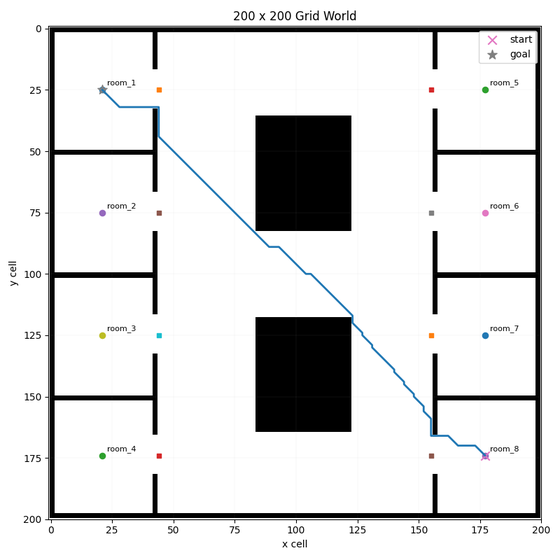
Repository: Jonreasoner/duke_collaboration
Script's output: python testing.py
An editor plug-in stored every save of this project. The script's output is shown before and after the next save, followed by the edit.
The pictures show rows 0 to 2240 of an output 800 px tall, at 70% of full size.
Each picture stacks the figures in order, with grey between them; figures that are only written to a file come last. The script is stopped after its 8th figure. Random numbers start from a fixed seed.

Above is the script's output before, as saved 2026-05-20 14:13:56.

### testing.py
from grid_world import create_grid_world
from astar_planner import get_trajectory

grid, rooms = create_grid_world()
print("rooms: ", rooms)
# start_position = (100, 100)
start_position = (rooms["room_8"]["center"])
end_position = rooms["room_1"]["center"]

trajectory = get_trajectory(
    start_position=start_position,
    end_position=end_position,
    grid=grid,
    rooms=rooms,
    allow_diagonal=True,
    waypoint_stride=10,
)

print("Sparse waypoints:")
print(trajectory["waypoints"])

print("Path length:")
print(trajectory["path_length"])

### grid_world.py
"""
grid_world.py

Creates a 200 x 200 occupancy-grid world with:
- 8 rooms total, 4 stacked vertically on the left and 4 stacked vertically on the right
- open doorways from each room into the central area
- 2 central obstacle blocks that also act as view occluders

Coordinate convention:
    point = (x, y)
    grid[y, x] = 0 means free
    grid[y, x] = 1 means occupied/wall/obstacle

Run directly:
    python grid_world.py
"""

from __future__ import annotations

from dataclasses import dataclass
from pprint import pprint
from typing import Dict, List, Tuple, Optional

import numpy as np

try:
    import matplotlib.pyplot as plt
except ImportError:  # plotting is optional
    plt = None


FREE = 0
OCCUPIED = 1
Point = Tuple[int, int]
Bounds = Tuple[int, int, int, int]  # x_min, y_min, x_max, y_max inclusive


@dataclass(frozen=True)
class WorldConfig:
    width: int = 200
    height: int = 200
    wall_thickness: int = 2
    border_thickness: int = 2
    left_room_wall_x: int = 42
    right_room_wall_x: int = 156
    door_height: int = 16


def _paint_rect(grid: np.ndarray, x0: int, y0: int, x1: int, y1: int, value: int) -> None:
    """Paint an inclusive rectangle into the occupancy grid."""
    h, w = grid.shape
    x0 = max(0, min(w - 1, int(x0)))
    x1 = max(0, min(w - 1, int(x1)))
    y0 = max(0, min(h - 1, int(y0)))
    y1 = max(0, min(h - 1, int(y1)))
    if x1 < x0:
        x0, x1 = x1, x0
    if y1 < y0:
        y0, y1 = y1, y0
    grid[y0 : y1 + 1, x0 : x1 + 1] = value


def create_grid_world(config: Optional[WorldConfig] = None) -> Tuple[np.ndarray, Dict[str, dict]]:
    """
    Build the grid world and return the occupancy grid plus a room dictionary.

    Returns
    -------
    grid : np.ndarray
        Shape (height, width). 0 is free, 1 is occupied.
    rooms : dict
        Each room has:
            center: coordinate the robot can navigate to for that room
            doorway: coordinate inside the doorway from the central area
            bounds: inclusive room bounds as (x_min, y_min, x_max, y_max)
            side: 'left' or 'right'
    """
    cfg = config or WorldConfig()
    grid = np.zeros((cfg.height, cfg.width), dtype=np.uint8)

    wt = cfg.wall_thickness
    bt = cfg.border_thickness
    lx = cfg.left_room_wall_x
    rx = cfg.right_room_wall_x

    # Outer boundary walls.
    _paint_rect(grid, 0, 0, cfg.width - 1, bt - 1, OCCUPIED)
    _paint_rect(grid, 0, cfg.height - bt, cfg.width - 1, cfg.height - 1, OCCUPIED)
    _paint_rect(grid, 0, 0, bt - 1, cfg.height - 1, OCCUPIED)
    _paint_rect(grid, cfg.width - bt, 0, cfg.width - 1, cfg.height - 1, OCCUPIED)

    # Vertical walls separating side rooms from the central hall.
    _paint_rect(grid, lx, 0, lx + wt - 1, cfg.height - 1, OCCUPIED)
    _paint_rect(grid, rx, 0, rx + wt - 1, cfg.height - 1, OCCUPIED)

    # Horizontal dividers within the left and right room stacks.
    # These do not extend through the central region.
    divider_ys = [50, 100, 150]
    for y in divider_ys:
        _paint_rect(grid, 0, y, lx + wt - 1, y + wt - 1, OCCUPIED)
        _paint_rect(grid, rx, y, cfg.width - 1, y + wt - 1, OCCUPIED)

    # Door openings in the vertical separator walls.
    room_bands = [(bt, 49), (52, 99), (102, 149), (152, cfg.height - bt - 1)]
    door_half = cfg.door_height // 2
    rooms: Dict[str, dict] = {}

    for idx, (y0, y1) in enumerate(room_bands, start=1):
        cy = (y0 + y1) // 2
        dy0 = cy - door_half
        dy1 = cy + door_half - 1

        # Left doorway through the left separator wall.
        _paint_rect(grid, lx, dy0, lx + wt - 1, dy1, FREE)
        rooms[f"room_{idx}"] = {
            "center": (lx // 2, cy),
            "doorway": (lx + wt, cy),
            "bounds": (bt, y0, lx - 1, y1),
            "side": "left",
        }

        # Right doorway through the right separator wall.
        _paint_rect(grid, rx, dy0, rx + wt - 1, dy1, FREE)
        rooms[f"room_{idx + 4}"] = {
            "center": ((rx + wt + cfg.width - bt - 1) // 2, cy),
            "doorway": (rx - 1, cy),
            "bounds": (rx + wt, y0, cfg.width - bt - 1, y1),
            "side": "right",
        }

    # Two central obstacle/occlusion blocks.
    # Stored in the grid as occupied cells, so A* avoids them and visibility checks can treat them as blockers.
    _paint_rect(grid, 84, 36, 122, 82, OCCUPIED)
    _paint_rect(grid, 84, 118, 122, 164, OCCUPIED)

    return grid, rooms


def get_room_targets(rooms: Dict[str, dict]) -> Dict[str, Point]:
    """Return the simple command dictionary: room name -> navigation target."""
    return {name: info["center"] for name, info in rooms.items()}


def is_free(grid: np.ndarray, point: Point) -> bool:
    """Return True if point is inside the grid and not occupied."""
    x, y = point
    return 0 <= y < grid.shape[0] and 0 <= x < grid.shape[1] and grid[y, x] == FREE


def line_of_sight_cells(start: Point, end: Point) -> List[Point]:
    """
    Integer grid cells crossed by a line from start to end, using Bresenham's algorithm.
    Useful later for checking whether the two central obstacle blocks occlude view.
    """
    x0, y0 = start
    x1, y1 = end
    dx = abs(x1 - x0)
    dy = -abs(y1 - y0)
    sx = 1 if x0 < x1 else -1
    sy = 1 if y0 < y1 else -1
    err = dx + dy

    cells: List[Point] = []
    x, y = x0, y0
    while True:
        cells.append((x, y))
        if x == x1 and y == y1:
            break
        e2 = 2 * err
        if e2 >= dy:
            err += dy
            x += sx
        if e2 <= dx:
            err += dx
            y += sy
    return cells


def has_line_of_sight(grid: np.ndarray, start: Point, end: Point) -> bool:
    """
    Return True when the straight segment from start to end does not cross occupied cells.
    Boundary walls and the two central obstacle blocks all count as occluders.
    """
    for x, y in line_of_sight_cells(start, end):
        if not (0 <= y < grid.shape[0] and 0 <= x < grid.shape[1]):
            return False
        if grid[y, x] == OCCUPIED:
            return False
    return True


def plot_grid_world(
    grid: np.ndarray,
    rooms: Dict[str, dict],
    path: Optional[List[Point]] = None,
    start: Optional[Point] = None,
    goal: Optional[Point] = None,
    save_path: Optional[str] = None,
    show: bool = True,
) -> None:
    """Plot the grid, room centers, optional start/goal, and optional A* path."""
    if plt is None:
        raise ImportError("matplotlib is required for plotting. Install it with: pip install matplotlib")

    fig, ax = plt.subplots(figsize=(8, 8))
    ax.imshow(grid, cmap="Greys", origin="upper", interpolation="nearest")

    for name, info in rooms.items():
        cx, cy = info["center"]
        dx, dy = info["doorway"]
        ax.scatter(cx, cy, marker="o", s=35)
        ax.scatter(dx, dy, marker="s", s=20)
        ax.text(cx + 2, cy - 2, name, fontsize=8)

    if path:
        xs = [p[0] for p in path]
        ys = [p[1] for p in path]
        ax.plot(xs, ys, linewidth=2)

    if start is not None:
        ax.scatter(start[0], start[1], marker="x", s=80, label="start")
    if goal is not None:
        ax.scatter(goal[0], goal[1], marker="*", s=100, label="goal")

    ax.set_title("200 x 200 Grid World")
    ax.set_xlabel("x cell")
    ax.set_ylabel("y cell")
    ax.set_xlim(-1, grid.shape[1])
    ax.set_ylim(grid.shape[0], -1)
    ax.set_aspect("equal")
    ax.grid(True, linewidth=0.2, alpha=0.3)
    if start is not None or goal is not None:
        ax.legend(loc="upper right")
    fig.tight_layout()

    if save_path:
        fig.savefig(save_path, dpi=200)
    if show:
        plt.show()
    else:
        plt.close(fig)


def main() -> None:
    grid, rooms = create_grid_world()
    room_targets = get_room_targets(rooms)

    print("Grid shape:", grid.shape)
    print("Cell convention: grid[y, x], 0=free, 1=occupied")
    print("\nRoom target dictionary:")
    pprint(room_targets)

    # Save a figure by default so you can inspect the generated map without needing a GUI.
    plot_grid_world(grid, rooms, save_path="grid_world_design.png", show=True)


if __name__ == "__main__":
    main()

### astar_planner.py
"""
astar_planner.py

A* planner for the 200 x 200 grid world created in grid_world.py.

Coordinate convention:
    point = (x, y)
    grid[y, x] = 0 means free
    grid[y, x] = 1 means occupied/wall/obstacle

Example:
    from grid_world import create_grid_world
    from astar_planner import astar, plan_to_room

    grid, rooms = create_grid_world()
    start = (100, 100)
    path = plan_to_room(start, "room_1", grid, rooms)
"""

from __future__ import annotations

import heapq
import math
from typing import Dict, Iterable, List, Optional, Tuple

from grid_world import plot_grid_world

import numpy as np

Point = Tuple[int, int]


def get_trajectory(
    start_position: Point,
    end_position: Point,
    grid: np.ndarray,
    rooms: Dict[str, dict],
    allow_diagonal: bool = False,
    waypoint_stride: int = 5,
) -> dict:
    """
    Plan a trajectory from start_position to end_position.

    Parameters
    ----------
    start_position : tuple[int, int]
        Start coordinate as (x, y).

    end_position : tuple[int, int]
        Goal coordinate as (x, y).

    grid : np.ndarray
        Occupancy grid. 0 is free, 1 is occupied.

    allow_diagonal : bool
        If True, use 8-connected motion. If False, use 4-connected motion.

    waypoint_stride : int
        Keep every Nth point from the dense path to create sparse waypoints.

    Returns
    -------
    dict
        {
            "start": start_position,
            "goal": end_position,
            "path": dense A* path,
            "waypoints": sparse waypoint list,
            "path_length": total path length
        }
    """
    path = astar(
        grid=grid,
        start=start_position,
        goal=end_position,
        allow_diagonal=allow_diagonal,
    )

    waypoints = sparsify_path(path, stride=waypoint_stride)
    length = path_length(path)

    plot_grid_world(
        grid,
        rooms,
        path=path,
        start=start_position,
        goal=end_position,
        # save_path="astar_path_demo.png",
        show=True,
    )

    return {
        "start": start_position,
        "goal": end_position,
        "path": path,
        "waypoints": waypoints,
        "path_length": length,
    }


class NoPathError(RuntimeError):
    """Raised when A* cannot find a valid path."""


def in_bounds(grid: np.ndarray, point: Point) -> bool:
    x, y = point
    return 0 <= y < grid.shape[0] and 0 <= x < grid.shape[1]


def is_free(grid: np.ndarray, point: Point) -> bool:
    x, y = point
    return in_bounds(grid, point) and grid[y, x] == 0


def neighbors_4(point: Point) -> Iterable[Tuple[Point, float]]:
    x, y = point
    yield (x + 1, y), 1.0
    yield (x - 1, y), 1.0
    yield (x, y + 1), 1.0
    yield (x, y - 1), 1.0


def neighbors_8(point: Point) -> Iterable[Tuple[Point, float]]:
    x, y = point
    for dx in (-1, 0, 1):
        for dy in (-1, 0, 1):
            if dx == 0 and dy == 0:
                continue
            cost = math.sqrt(2.0) if dx != 0 and dy != 0 else 1.0
            yield (x + dx, y + dy), cost


def heuristic(a: Point, b: Point, allow_diagonal: bool = False) -> float:
    """Admissible A* heuristic for 4- or 8-connected motion."""
    dx = abs(a[0] - b[0])
    dy = abs(a[1] - b[1])
    if allow_diagonal:
        # Octile distance.
        return max(dx, dy) + (math.sqrt(2.0) - 1.0) * min(dx, dy)
    return float(dx + dy)


def _diagonal_move_is_valid(grid: np.ndarray, current: Point, nxt: Point) -> bool:
    """
    Prevent diagonal corner-cutting through obstacle corners.
    Example: moving from (x,y) to (x+1,y+1) is only allowed if both side cells are free.
    """
    cx, cy = current
    nx, ny = nxt
    dx = nx - cx
    dy = ny - cy
    if abs(dx) != 1 or abs(dy) != 1:
        return True
    return is_free(grid, (cx + dx, cy)) and is_free(grid, (cx, cy + dy))


def reconstruct_path(came_from: Dict[Point, Point], current: Point) -> List[Point]:
    path = [current]
    while current in came_from:
        current = came_from[current]
        path.append(current)
    path.reverse()
    return path


def astar(
    grid: np.ndarray,
    start: Point,
    goal: Point,
    allow_diagonal: bool = False,
) -> List[Point]:
    """
    Compute an A* path from start to goal.

    Parameters
    ----------
    grid : np.ndarray
        Occupancy grid. 0 is free, nonzero is occupied.
    start : tuple[int, int]
        Start coordinate as (x, y).
    goal : tuple[int, int]
        Goal coordinate as (x, y).
    allow_diagonal : bool
        If False, use 4-connected movement. If True, use 8-connected movement.

    Returns
    -------
    list[tuple[int, int]]
        Path from start to goal, inclusive.
    """
    start = (int(start[0]), int(start[1]))
    goal = (int(goal[0]), int(goal[1]))

    if not is_free(grid, start):
        raise ValueError(f"Start {start} is outside the grid or occupied.")
    if not is_free(grid, goal):
        raise ValueError(f"Goal {goal} is outside the grid or occupied.")

    neighbor_fn = neighbors_8 if allow_diagonal else neighbors_4

    # Priority queue entries: (estimated_total_cost, cost_so_far, node)
    open_heap: List[Tuple[float, float, Point]] = []
    heapq.heappush(open_heap, (heuristic(start, goal, allow_diagonal), 0.0, start))

    came_from: Dict[Point, Point] = {}
    g_score: Dict[Point, float] = {start: 0.0}
    closed: set[Point] = set()

    while open_heap:
        _, current_cost, current = heapq.heappop(open_heap)

        # Skip stale queue entries.
        if current in closed:
            continue
        closed.add(current)

        if current == goal:
            return reconstruct_path(came_from, current)

        for nxt, step_cost in neighbor_fn(current):
            if not is_free(grid, nxt):
                continue
            if allow_diagonal and not _diagonal_move_is_valid(grid, current, nxt):
                continue
            if nxt in closed:
                continue

            tentative_g = current_cost + step_cost
            if tentative_g < g_score.get(nxt, math.inf):
                came_from[nxt] = current
                g_score[nxt] = tentative_g
                f_score = tentative_g + heuristic(nxt, goal, allow_diagonal)
                heapq.heappush(open_heap, (f_score, tentative_g, nxt))

    raise NoPathError(f"No path found from {start} to {goal}.")


def plan_to_room(
    current_location: Point,
    room_name: str,
    grid: np.ndarray,
    rooms: Dict[str, dict],
    allow_diagonal: bool = False,
) -> List[Point]:
    """
    Plan from the current robot location to the center coordinate of a named room.

    Example command mapping:
        go_to room_1 -> rooms["room_1"]["center"]
    """
    if room_name not in rooms:
        valid = ", ".join(sorted(rooms.keys()))
        raise KeyError(f"Unknown room '{room_name}'. Valid rooms are: {valid}")

    goal = tuple(rooms[room_name]["center"])
    return astar(grid, current_location, goal, allow_diagonal=allow_diagonal)


def path_length(path: List[Point]) -> float:
    """Return geometric length of a grid path."""
    if len(path) < 2:
        return 0.0
    total = 0.0
    for p0, p1 in zip(path[:-1], path[1:]):
        dx = p1[0] - p0[0]
        dy = p1[1] - p0[1]
        total += math.hypot(dx, dy)
    return total


def sparsify_path(path: List[Point], stride: int = 5) -> List[Point]:
    """
    Downsample a dense cell-by-cell path for use as a simple waypoint trajectory.
    The final goal is always preserved. Useful because apparently robots prefer
    not receiving 300 individual micromanagement commands from a list.
    """
    if stride <= 1 or len(path) <= 2:
        return path
    sparse = path[::stride]
    if sparse[-1] != path[-1]:
        sparse.append(path[-1])
    return sparse


def main() -> None:
    from grid_world import create_grid_world, plot_grid_world

    grid, rooms = create_grid_world()

    start = (100, 100)
    room_name = "room_1"
    path = plan_to_room(start, room_name, grid, rooms, allow_diagonal=True)
    sparse_waypoints = sparsify_path(path, stride=8)

    print(f"Planning command: go_to {room_name}")
    print(f"Start: {start}")
    print(f"Goal:  {rooms[room_name]['center']}")
    print(f"Dense path cells: {len(path)}")
    print(f"Path length: {path_length(path):.2f} cells")
    print(f"Sparse waypoint trajectory ({len(sparse_waypoints)} waypoints):")
    print(sparse_waypoints)

    plot_grid_world(
        grid,
        rooms,
        path=path,
        start=start,
        goal=rooms[room_name]["center"],
        save_path="astar_path_demo.png",
        show=True,
    )


if __name__ == "__main__":
    main()

After the next save:
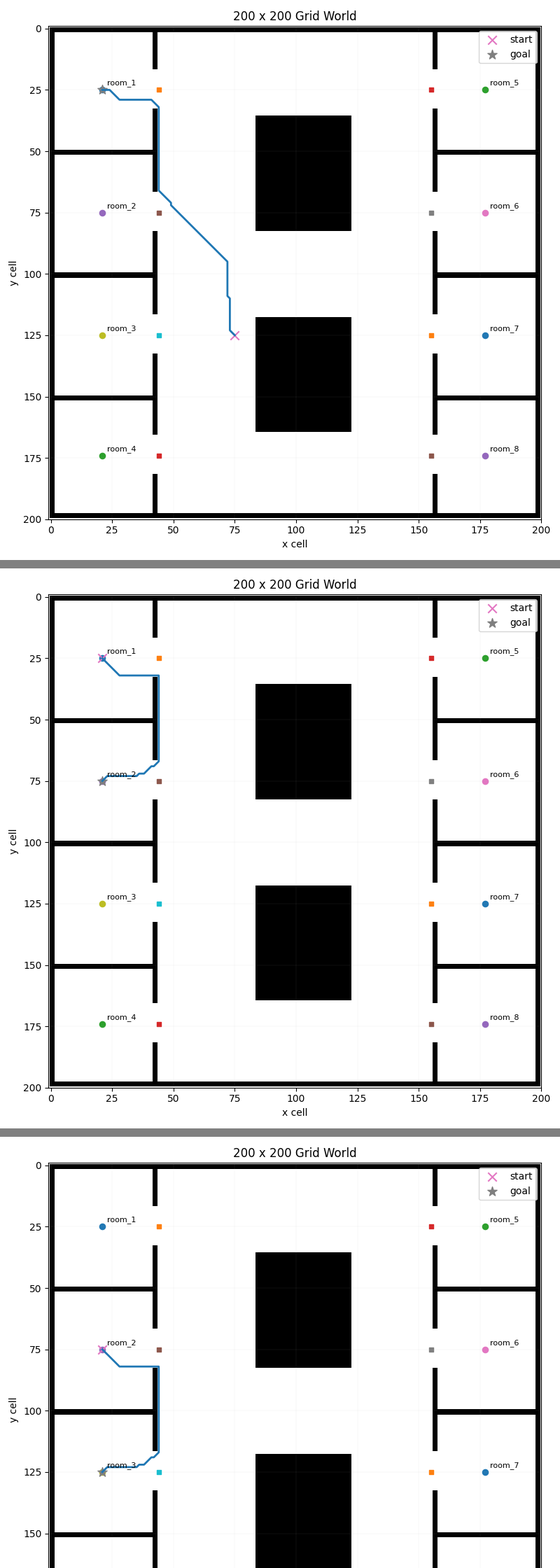
Saved 4 min 58 s later.
--- a/testing.py
+++ b/testing.py
@@ -2,22 +2,54 @@ from grid_world import create_grid_world
 from astar_planner import get_trajectory
 
 grid, rooms = create_grid_world()
-print("rooms: ", rooms)
+
+initial_position = (75, 125)
+final_position = initial_position
+room_1 = rooms["room_1"]["center"]
+room_2 = rooms["room_2"]["center"]
+room_3 = rooms["room_3"]["center"]
+room_4 = rooms["room_4"]["center"]
+room_5 = rooms["room_5"]["center"]
+room_6 = rooms["room_6"]["center"]
+room_7 = rooms["room_7"]["center"]
+room_8 = rooms["room_8"]["center"]
+
+schedule = [initial_position, room_1, room_2, room_3, room_4, room_5, room_6, room_7, room_8, final_position]
+for i in range(len(schedule) - 1):
+    start_position = schedule[i]
+    end_position = schedule[i + 1]
+    trajectory = get_trajectory(
+        start_position=start_position,
+        end_position=end_position,
+        grid=grid,
+        rooms=rooms,
+        allow_diagonal=True,
+        waypoint_stride=10,
+    )
+    print(f"Trajectory from {start_position} to {end_position}:")
+    print("Sparse waypoints:")
+    print(trajectory["waypoints"])
+    print("Path length:")
+    print(trajectory["path_length"])
+
+
+# print("rooms: ", rooms)
 # start_position = (100, 100)
-start_position = (rooms["room_8"]["center"])
-end_position = rooms["room_1"]["center"]
+# start_position = (rooms["room_8"]["center"])
+# end_position = rooms["room_1"]["center"]
 
-trajectory = get_trajectory(
-    start_position=start_position,
-    end_position=end_position,
-    grid=grid,
-    rooms=rooms,
-    allow_diagonal=True,
-    waypoint_stride=10,
-)
+# trajectory = get_trajectory(
+#     start_position=start_position,
+#     end_position=end_position,
+#     grid=grid,
+#     rooms=rooms,
+#     allow_diagonal=True,
+#     waypoint_stride=10,
+# )
 
-print("Sparse waypoints:")
-print(trajectory["waypoints"])
+# print("Sparse waypoints:")
+# print(trajectory["waypoints"])
 
-print("Path length:")
-print(trajectory["path_length"])
+# print("Path length:")
+# print(trajectory["path_length"])
+print('DONE')
